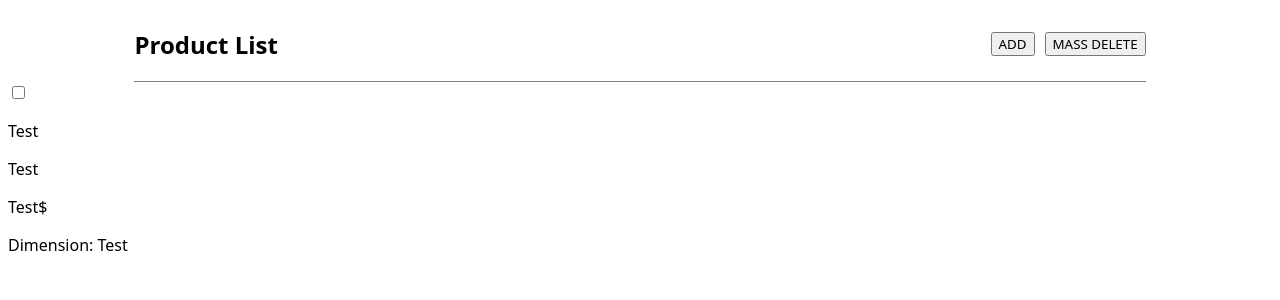
Repository: gabyto19/scandiweb
Page: http://localhost/
These files come from the project's save history. The page is drawn as it stood at one moment and after a run of saves; the edit follows.
The browser window is 1280 px wide. The pictures show the whole page.
The page is run by PHP 8.4 with error messages shown; the project is at /var/www/html/.

Above is the page before, as saved 2023-03-07 18:25:11.

### index.php
<!DOCTYPE html>
<html lang="en">

<head>
  <meta charset="UTF-8" />
  <meta name="viewport" content="width=device-width, initial-scale=1.0" />
  <title>Vue Basics</title>
  <link href="https://fonts.googleapis.com/css2?family=Jost:wght@400;700&display=swap" rel="stylesheet" />
  <link rel="stylesheet" href="styles.css" />
  <script src="https://unpkg.com/vue@next" defer></script>
  <script src="https://unpkg.com/vue@3/dist/vue.global.js"></script>
</head>

<body>
  <section id="app">
    <nav>
      <h2>Product List</h2>
      <div class="rightButtons">
        <button><a style="text-decoration: none; color: black" href="addPage.php">ADD</a>
        </button>
        <button class="delete-checkbox" id="delete-product-btn">MASS DELETE</button>
      </div>
    </nav>


    <div>
      <div class="grid-container">
        <input type="checkbox" id="delete-checkbox" class="delete-checkbox" />
        <p>Test</p>
        <p>Test</p>
        <p>Test$</p>
        <p>Dimension: Test</p>
      </div>
    </div>
  </section>

  <script src="https://unpkg.com/vue@3/dist/vue.global.js"></script>
  <script src="index.js"></script>

</body>

</html>
<style scoped>
  .rightButtons button:first-child {
    margin-right: 10px;
  }
</style>

### styles.css
nav {
    width: 80%;
    display: flex;
    justify-content: space-between;
    align-items: center;
    margin: auto;
    border-bottom: solid 1px gray;
  }

  * {
    font-family: system-ui;
  }

### index.js
Vue.createApp({
  data() {
    return {
      sku:"",
      name:"",
      price:"",
      dimension:"",
    };
  },
}).mount("#app");

After the next 2 saves:
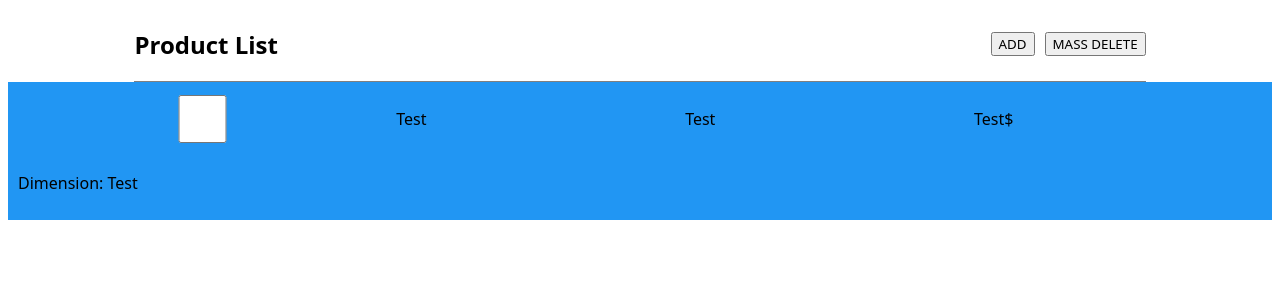
The 2 saves are shown as one change because they came seconds apart.
The last was saved 58 s later.
--- a/index.php
+++ b/index.php
@@ -44,4 +44,12 @@
   .rightButtons button:first-child {
     margin-right: 10px;
   }
+
+  .grid-container {
+    display: grid;
+    grid-template-columns: auto auto auto auto;
+    gap: 10px;
+    background-color: #2196F3;
+    padding: 10px;
+  }
 </style>
